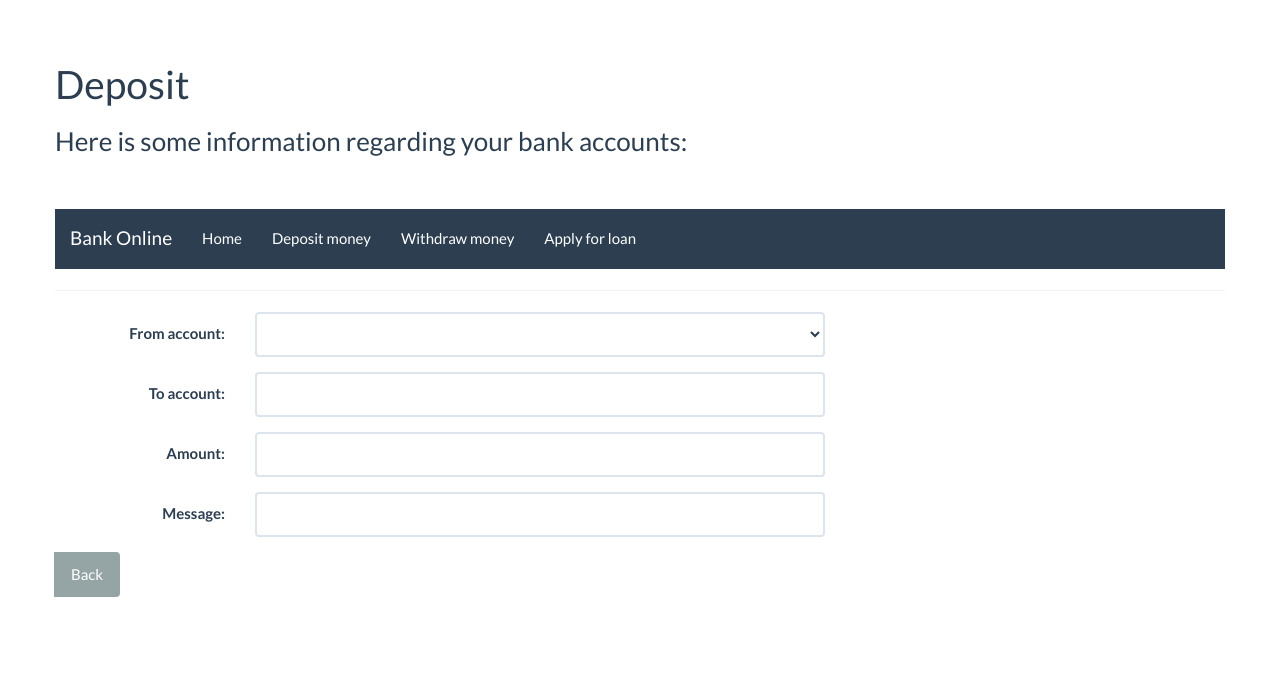
Repository: klitusas/SpringMVCBanking
Page: http://localhost/loans
An editor plug-in stored every save of this project. The page is shown before and after the next save, followed by the edit.
The browser window is 1280 px wide. The pictures show the whole page.
The page is this project's Thymeleaf template; nobody is signed in. The template is opened directly, without the code that normally fills it, so the values that code supplies are empty.

Above is the page before, as saved 2017-03-01 14:04:45.

After the next save:
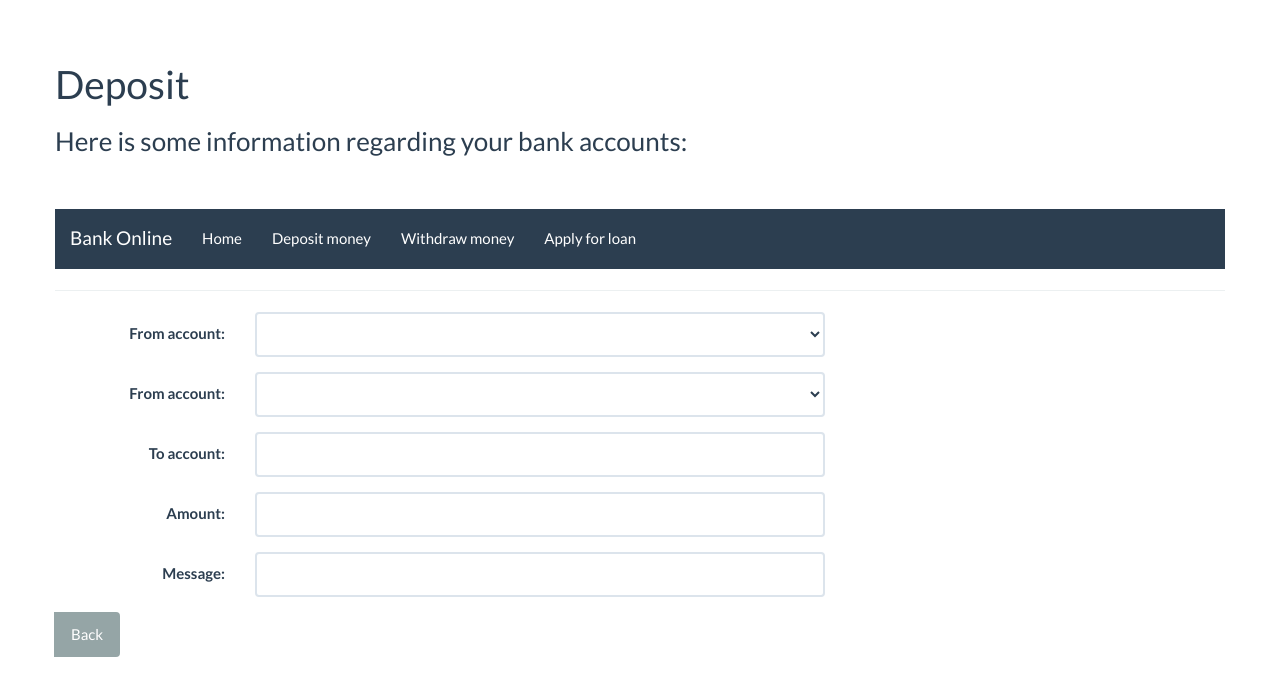
Saved 96 s later.
--- a/banking/src/main/resources/templates/loans.html
+++ b/banking/src/main/resources/templates/loans.html
@@ -35,6 +35,16 @@
 	                    <label class="col-lg-2 control-label">From account:</label>
 	                    <div class="col-lg-6">
 						    <select name="fromAccount"  class="form-control">
+								<option th:each="account : ${accounts}"
+									th:value="${account.id}"
+									th:text="${account.label}"></option>
+							</select>
+	                    </div>
+                	</div>
+                	<div class="form-group">
+	                    <label class="col-lg-2 control-label">From account:</label>
+	                    <div class="col-lg-6">
+						    <select name="toAccount"  class="form-control">
 								<option th:each="account : ${accounts}"
 									th:value="${account.id}"
 									th:text="${account.label}"></option>
